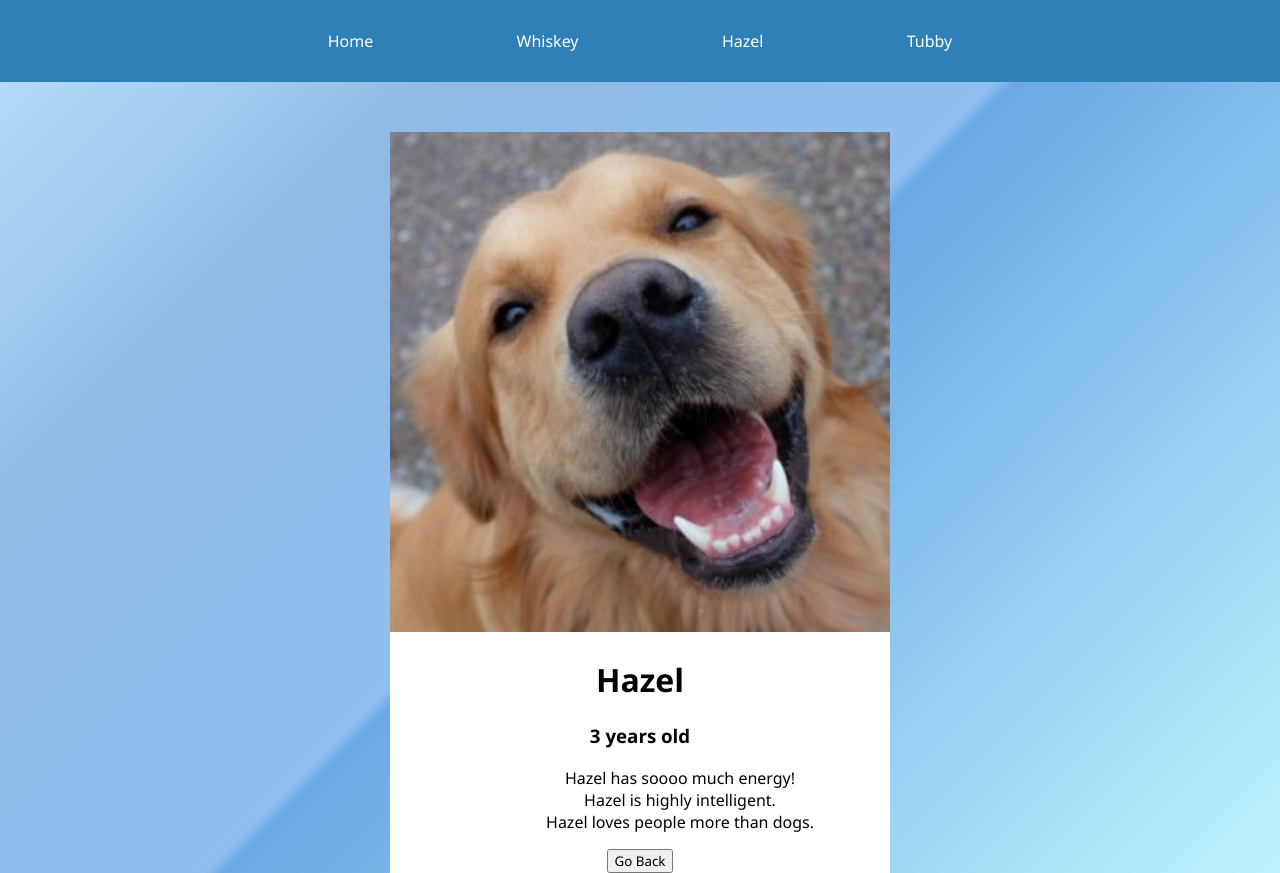
Repository: johnmutina/dog-finder
Page: /dogs/Hazel
The author's editor kept a copy of each file at every save. The page is drawn from the files as they stood at one save, then again after a run of saves.
The browser window is 1280 px wide. The pictures show the whole page.
The project was rebuilt for these pictures with package versions that can differ from the ones it lists, and the page was loaded fresh each time. Also part of the build but not shown: src/DogFinder.css, src/DogFinder.js.

Above is the page before, as saved 2019-07-28 15:36:07.

### src/App.js
import React, { Component } from "react";
import { Switch, Route, NavLink, Redirect } from "react-router-dom";
import DogFinder from "./DogFinder";
import Dog from "./Dog";
import "./App.css";

// Import all images in image folder
function importAll(r) {
  let images = {};
  r.keys().map((item, index) => {
    images[item.replace("./", "")] = r(item);
  });
  return images;
}

const images = importAll(
  require.context("./assets", false, /\.(gif|jpe?g|svg)$/)
);

class App extends Component {
  static defaultProps = {
    dogs: [
      {
        name: "Whiskey",
        age: 5,
        src: images["whiskey.jpg"],
        facts: [
          "Whiskey loves eating popcorn.",
          "Whiskey is a terrible guard dog.",
          "Whiskey wants to cuddle with you!"
        ]
      },
      {
        name: "Hazel",
        age: 3,
        src: images["hazel.jpg"],
        facts: [
          "Hazel has soooo much energy!",
          "Hazel is highly intelligent.",
          "Hazel loves people more than dogs."
        ]
      },
      {
        name: "Tubby",
        age: 4,
        src: images["tubby.jpg"],
        facts: [
          "Tubby is not the brightest dog",
          "Tubby does not like walks or exercise.",
          "Tubby loves eating food."
        ]
      }
    ]
  };

  render() {
    return (
      <div className="App">
        {/* NAVBAR */}
        <div className="App-navbar">
          <NavLink to="/dogs" activeClassName="App-active-navlink">
            Home
          </NavLink>
          {this.props.dogs.map(dog => (
            <NavLink
              key={dog.name}
              to={`/dogs/${dog.name}`}
              activeClassName="App-active-navlink"
            >
              {dog.name}
            </NavLink>
          ))}
        </div>

        {/* ROUTES SETUP */}

        <Switch>
          <Route
            exact
            path="/dogs"
            render={routeProps => (
              <DogFinder dogs={this.props.dogs} {...routeProps} />
            )}
          />
          <Route
            exact
            path="/dogs/:name"
            render={routeProps => (
              <Dog
                {...this.props.dogs.filter(
                  dog => dog.name == routeProps.match.params.name
                )[0]}
                {...routeProps}
              />
            )}
          />
          <Route render={() => <Redirect to="/dogs" />} />
        </Switch>
      </div>
    );
  }
}

export default App;

### src/Dog.js
import React, { Component } from "react";
import "./Dog.css";

class Dog extends Component {
  render() {
    return (
      <div className="Dog">
        <img src={this.props.src} alt={`${this.props.name}`} />
        <h1>{this.props.name}</h1>
        <h3>{this.props.age} years old</h3>
        <ul>
          {this.props.facts.map(fact => (
            <li>{fact}</li>
          ))}
        </ul>
        <button onClick={this.props.history.goBack}>Go Back</button>
      </div>
    );
  }
}

export default Dog;

### src/App.css
* {
  font-family: "Segoe UI", Tahoma, Geneva, Verdana, sans-serif;
}

.App {
  min-height: 100vh;
  text-align: center;
  background: #b8e1fc; /* Old browsers */
  background: -moz-linear-gradient(
    -45deg,
    #b8e1fc 0%,
    #a9d2f3 10%,
    #90bae4 25%,
    #90bcea 37%,
    #90bff0 50%,
    #6ba8e5 51%,
    #a2daf5 83%,
    #bdf3fd 100%
  ); /* FF3.6-15 */
  background: -webkit-linear-gradient(
    -45deg,
    #b8e1fc 0%,
    #a9d2f3 10%,
    #90bae4 25%,
    #90bcea 37%,
    #90bff0 50%,
    #6ba8e5 51%,
    #a2daf5 83%,
    #bdf3fd 100%
  ); /* Chrome10-25,Safari5.1-6 */
  background: linear-gradient(
    135deg,
    #b8e1fc 0%,
    #a9d2f3 10%,
    #90bae4 25%,
    #90bcea 37%,
    #90bff0 50%,
    #6ba8e5 51%,
    #a2daf5 83%,
    #bdf3fd 100%
  ); /* W3C, IE10+, FF16+, Chrome26+, Opera12+, Safari7+ */
  filter: progid:DXImageTransform.Microsoft.gradient( startColorstr='#b8e1fc', endColorstr='#bdf3fd',GradientType=1 ); /* IE6-9 fallback on horizontal gradient */
}
.App-navbar {
  display: flex;
  background-color: #2e80b6;
  justify-content: space-around;
  padding: 30px 20%;
}

.App-navbar > * {
  color: white;
  text-decoration: none;
  text-transform: capitalize;
}

.App-navbar > *:hover {
  text-decoration: underline;
  font-weight: bolder;
}

### src/Dog.css
.Dog {
  width: 60%;
  max-width: 500px;
  margin: 50px auto 0 auto;
  background: white;
}

.Dog img {
  width: 100%;
}

.Dog ul {
  list-style: none;
  margin-left: 0;
  width: 100%;
}

Loaded but not shown: public/index.html (common file); src/index.js (common file); src/index.css (common file); src/serviceWorker.js (common file)

After the next 2 saves:
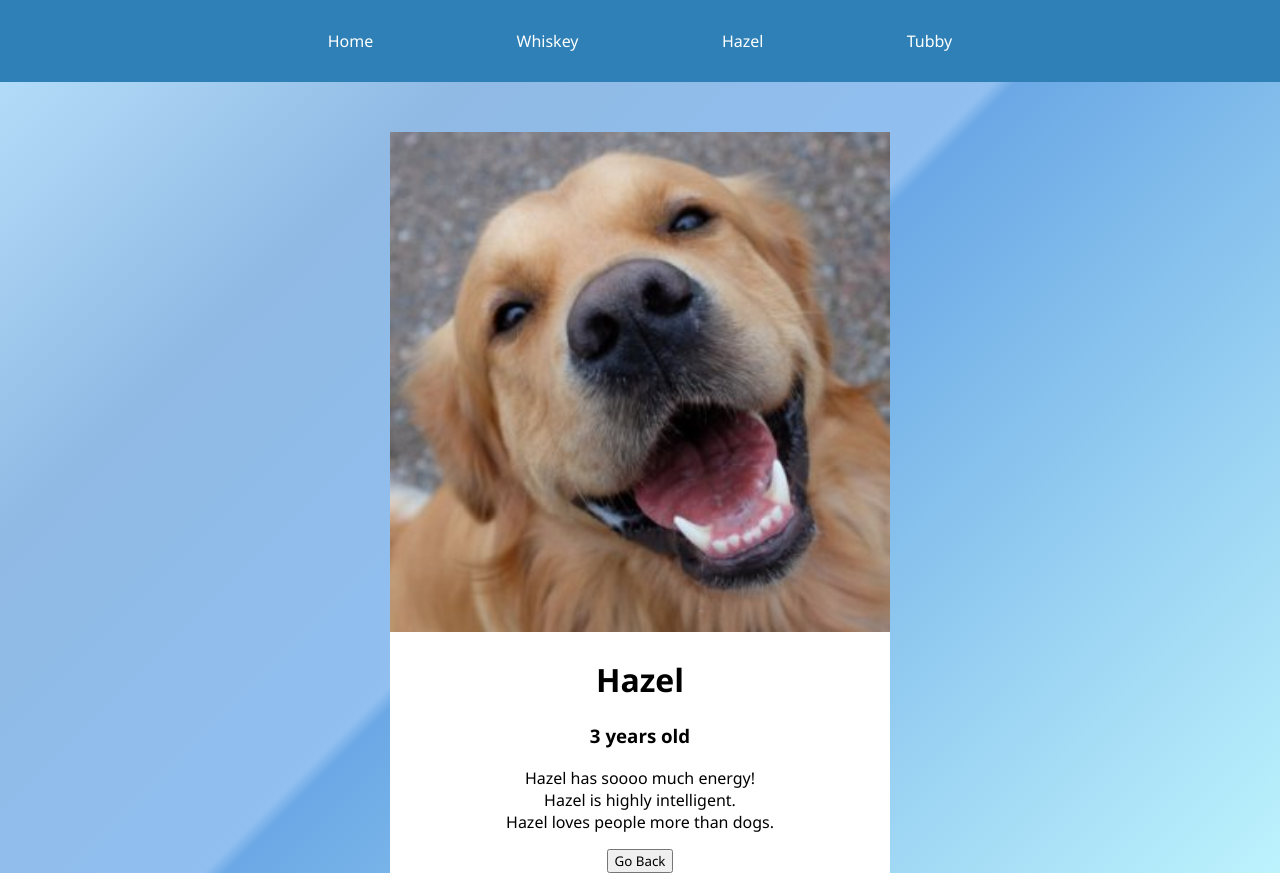
The 2 saves are shown as one change because they came seconds apart.
The last was saved 30 s later.
--- a/src/Dog.css
+++ b/src/Dog.css
@@ -11,6 +11,7 @@
 
 .Dog ul {
   list-style: none;
-  margin-left: 0;
+  /* margin-left: 0; */
+  padding-left: 0;
   width: 100%;
 }
